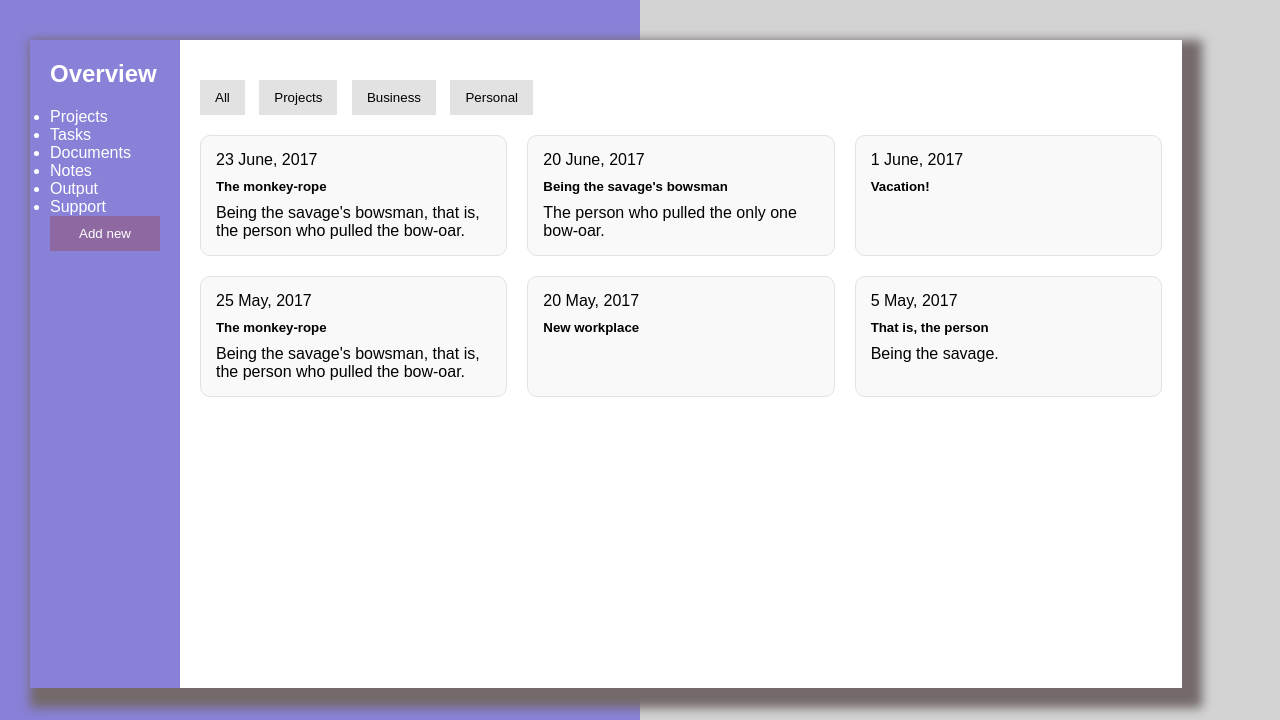
Repository: SatenikGabrielyan/HTML_CSS-_Assignment
Page: index.html
These files come from the project's save history. The page is drawn as it stood at one moment and after the next save; the edit follows.
The browser window is 1280 px wide. The pictures show the whole page.
Some web libraries are served in a nearby version.

Above is the page before, as saved 2025-03-17 20:36:16.

After the next save:
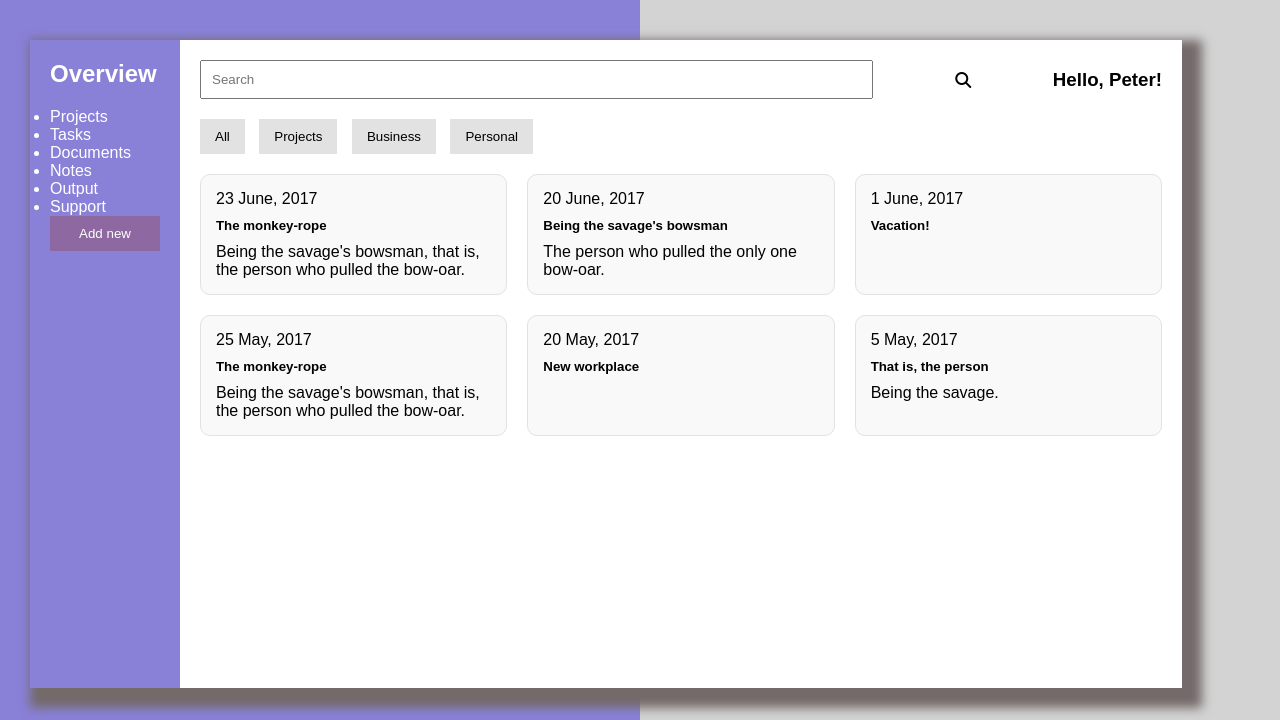
Saved 4 s later.
--- a/index.html
+++ b/index.html
@@ -79,8 +79,8 @@
             <li class="about"><a href="#search"><i class="fas fa-search"> Search</a></li>
             <li class="about" style="float:right"><a class="active" href="#about">Hello, Peter!</a></li>
             </ul>  -->
-            <!-- <input type="text" placeholder="Search"><i class="fas fa-search"></i>
-            <h3>Hello, Peter!</h3> -->
+            <input type="text" placeholder="Search"><i class="fas fa-search"></i>
+            <h3>Hello, Peter!</h3>
     </div>
          <!-- <nav class="sidebar">
              <div class="sidebar-header">
